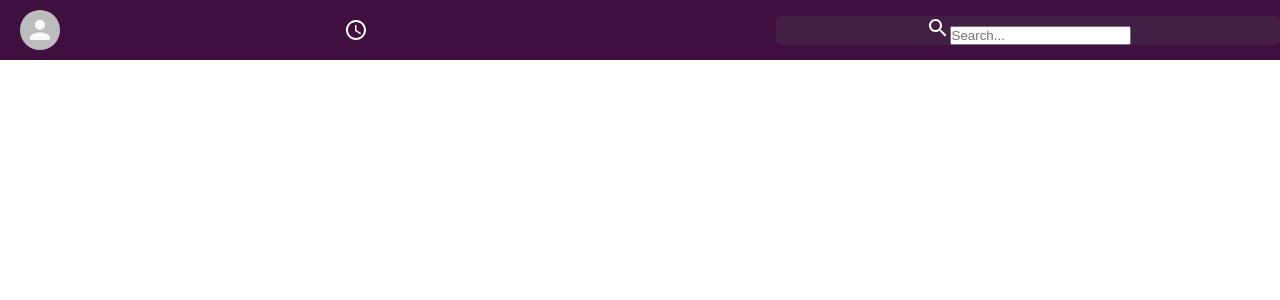
Repository: KrzysKolo/slackClone
Page: /
The author's editor kept a copy of each file at every save. The page is drawn from the files as they stood at one save, then again after the next save.
The browser window is 1280 px wide. The pictures show the whole page.
The project was rebuilt for these pictures with package versions that can differ from the ones it lists, and the page was loaded fresh each time. Also part of the build but not shown: src/App.css.

Above is the page before, as saved 2021-12-22 17:31:59.

### src/index.css
* {
  margin: 0;
  padding: 0;
  box-sizing: border-box;
}
body {
  --slack-color: #3f0f40;
  overflow: hidden;

  margin: 0;
  font-family: -apple-system, BlinkMacSystemFont, 'Segoe UI', 'Roboto', 'Oxygen',
    'Ubuntu', 'Cantarell', 'Fira Sans', 'Droid Sans', 'Helvetica Neue',
    sans-serif;
  -webkit-font-smoothing: antialiased;
  -moz-osx-font-smoothing: grayscale;
}

code {
  font-family: source-code-pro, Menlo, Monaco, Consolas, 'Courier New',
    monospace;
}

### src/App.js
import './App.css';
import {BrowserRouter as Router, Routes, Route, Link } from 'react-router-dom';
import { About } from './pages'
import { Header } from './components';

function App() {
  return (
    <Router>
      <>
        <Header />
        <Routes>
          <Route path='/' exact element={<About />} />
        </Routes>
      </>
    </Router>
  );
}

export default App;

### src/pages/About/About.js
import React from 'react';
//ICONS
//import SendIcon from '@mui/icons-material/Send';


const about = () => {
  return (
    <section>
      About
    </section>
  )
}

export default about;

### src/components/Header/Header.js
import React from 'react';
import { HeaderContainer, HeaderLeft, HeaderAvatar, HeaderSearch } from './style';
import AccessTimeIcon from '@material-ui/icons/AccessTime';
import SearchIcon from '@material-ui/icons/Search';

const Header = () => {
  return (
    <HeaderContainer>
      {/*  Header Left */}
      <HeaderLeft>
        <HeaderAvatar

         />
         <AccessTimeIcon />
      </HeaderLeft>
      {/*  Header Search */}
      <HeaderSearch>
        <SearchIcon />
        <input placeholder='Search...' />
      </HeaderSearch>
      {/*  Header Right */}
    </HeaderContainer>
  )
}

export default Header;

### src/components/Header/style.js
import styled from 'styled-components';
import { Avatar } from '@material-ui/core';

export const HeaderContainer = styled.header`
  display: flex;
  position: fixed;
  width: 100%;
  align-items: center;
  justify-content: space-between;
  padding: 10px 0;
  background-color: var(--slack-color);
  color: white;
`;
export const HeaderLeft = styled.div`
  flex: 0.3;
  display: flex;
  align-items: center;
  margin-left: 20px;
  > .MuiSvgIcon-root {
    margin-left: auto;
    margin-right: 30px;
  }
`;

export const HeaderAvatar = styled(Avatar)`
  cursor: pointer;

  :hover {
    opacity: 0.8;
  }
`;

export const HeaderSearch = styled.div`
  flex: 0.4;
  opacity: 1;
  border-radius: 6px;
  background-color: #421f44;
  text-align: center;
`;

Loaded but not shown: public/index.html (common file); src/index.js (common file); src/pages/index.js (common file); src/components/index.js (common file); src/pages/About/index.js (common file); src/components/Header/index.js (common file)

After the next save:
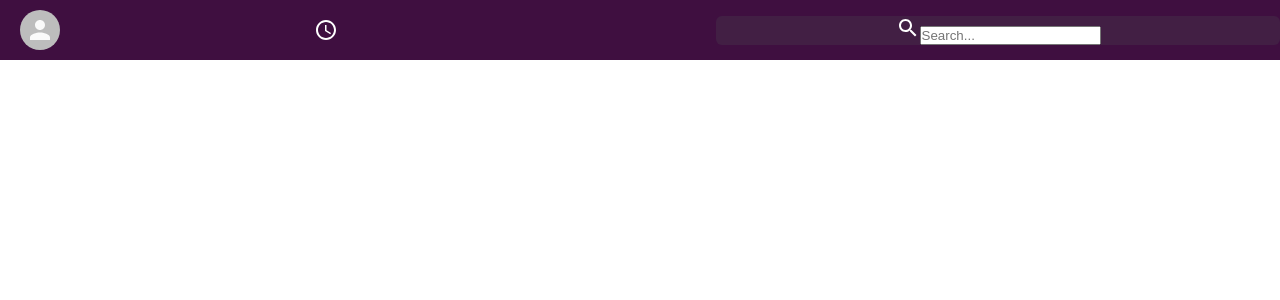
Saved 26 s later.
--- a/src/components/Header/style.js
+++ b/src/components/Header/style.js
@@ -36,4 +36,5 @@ export const HeaderSearch = styled.div`
   border-radius: 6px;
   background-color: #421f44;
   text-align: center;
+  padding: 0 50px;
 `;
